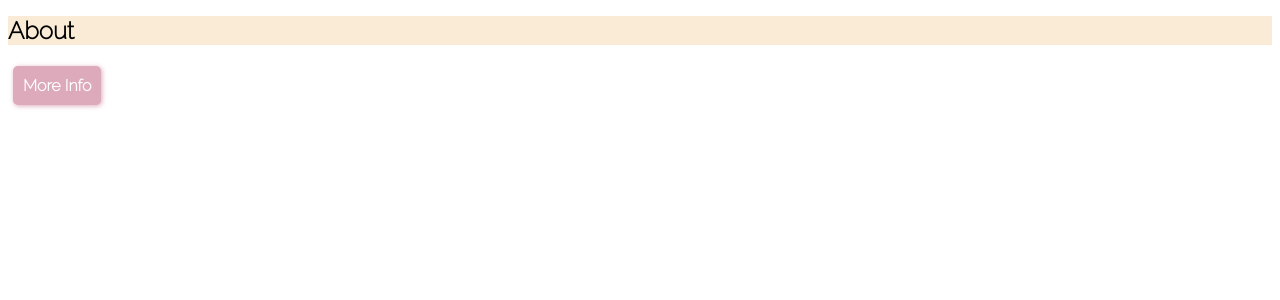
Repository: semileeBCIT/MDIA2109Tut4
Page: /About
These files come from the project's save history. The page is drawn as it stood at one moment and after the next save; the edit follows.
The browser window is 1280 px wide. The pictures show the whole page.
The project was rebuilt for these pictures with package versions that can differ from the ones it lists, and the page was loaded fresh each time. The framework's server and built-in components were replaced by stand-ins that run in the browser. Also part of the build but not shown: next.config.js.

Above is the page before, as saved 2020-04-15 22:29:23.

### pages/_app.js
// import App from 'next/app'
import './app.css';

function MyApp({ Component, pageProps }) {
    return <Component {...pageProps} />
  }

  // Only uncomment this method if you have blocking data requirements for
  // every single page in your application. This disables the ability to
  // perform automatic static optimization, causing every page in your app to
  // be server-side rendered.
  //
  // MyApp.getInitialProps = async (appContext) => {
  //   // calls page's `getInitialProps` and fills `appProps.pageProps`
  //   const appProps = await App.getInitialProps(appContext);
  //
  //   return { ...appProps }
  // }

  export default MyApp

### pages/_document.js
import Document, { Html, Head, Main, NextScript } from 'next/document';

class MyDocument extends Document {
  static async getInitialProps(ctx) {
    const initialProps = await Document.getInitialProps(ctx)
    return { ...initialProps }
  }

  render() {
    return (
      <Html>
        <Head />
        <body>
          <link href="https://fonts.googleapis.com/css2?family=Raleway:wght@200&display=swap" rel="stylesheet"></link>
          <Main />
          <NextScript />
        </body>
      </Html>
    )
  }
}

export default MyDocument

### pages/About/index.js
import {useEffect} from 'react';
import './about.css';
import CustomButton from '../../comps/CustomButton';
import Header from '../../comps/Header';

const About = () => {
    useEffect(()=>{
        setTimeout(()=>{
            document.querySelector("#aboutpage").style.left = 0;
        }, 50)

    }, []);

    return <div id="aboutpage">
    <Header text="About" fontSize={24}/>
    <CustomButton text='More Info' />

</div>
}

export default About;

### pages/app.css
*{
    font-family: 'Raleway', sans-serif;
}

### pages/About/about.css
#aboutpage {
    position: relative;
    left:-100%;
    transition: left 1s;
}

### comps/CustomButton/index.js
import React, {useState, useEffect} from 'react';
import './cb.css';


//Made the UI
const CustomButton = ({text, color, onClick}) => <div
    style={{backgroundColor:color, boxShadow:"1px 1px 5px " + color}}
    className="custom_button_box"
    onClick={onClick}
    >
    <div className="custom_button_box_inner">
        {text}
    </div>
</div>

CustomButton.defaultProps = {
    text:"Default Button",
    color:"#DAB",
    onClick:ButtonClick
}

export default CustomButton;

function ButtonClick(){
    // alert("Clicked");
    //document.query...style.width = "100px";
}

### comps/Header/index.js
//use the same component to change the fontSize
//change the text color of the header
//change the onMouseOver

import React from 'react';
import './header.css';

const Header = ({text,fontSize, color}) => <div
    style={{color:color, fontSize:fontSize }}
    className='header'
    >
    <h1 style={{fontSize:fontSize}}>{text}</h1>
</div>

function MouseOver(){
    alert("mouse is over");
}

Header.defaultProps = {
    fontSize:12,
    color:"#000",
    onMouseOver:MouseOver,
    text:"Header"
}

export default Header;

### comps/CustomButton/cb.css
.custom_button_box {
    display: inline-flex;
    border-radius: 5px;
    padding: 10px;
    font-weight: bolder;
    color:#fff;
    cursor: pointer;
    box-shadow:1px 1px 5px #dab;
    margin:5px;
}

.custom_button_box:active{
    background-color:#999;
}

.custom_button_box_inner::selection {
    background:none;
    color:none;
}

### comps/Header/header.css
.header{
    background-color: antiquewhite;
    font-size: 16px;
}

After the next save:
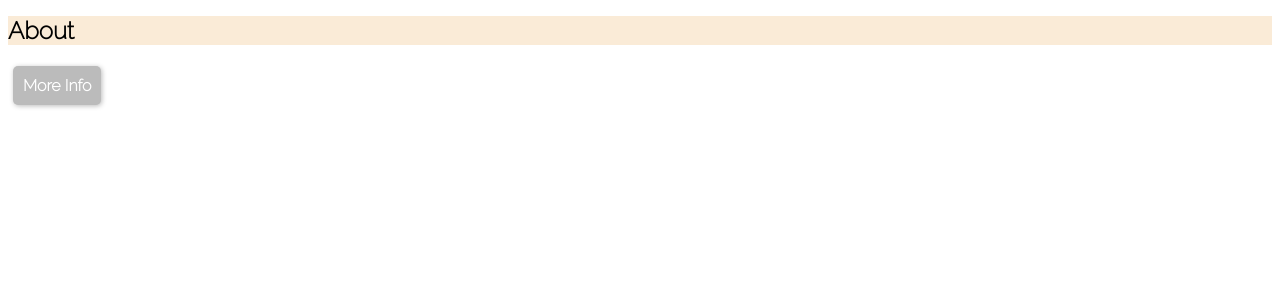
Saved 89 s later.
--- a/pages/About/index.js
+++ b/pages/About/index.js
@@ -13,7 +13,7 @@ const About = () => {
 
     return <div id="aboutpage">
     <Header text="About" fontSize={24}/>
-    <CustomButton text='More Info' />
+    <CustomButton text='More Info' color='#BBB' />
 
 </div>
 }
